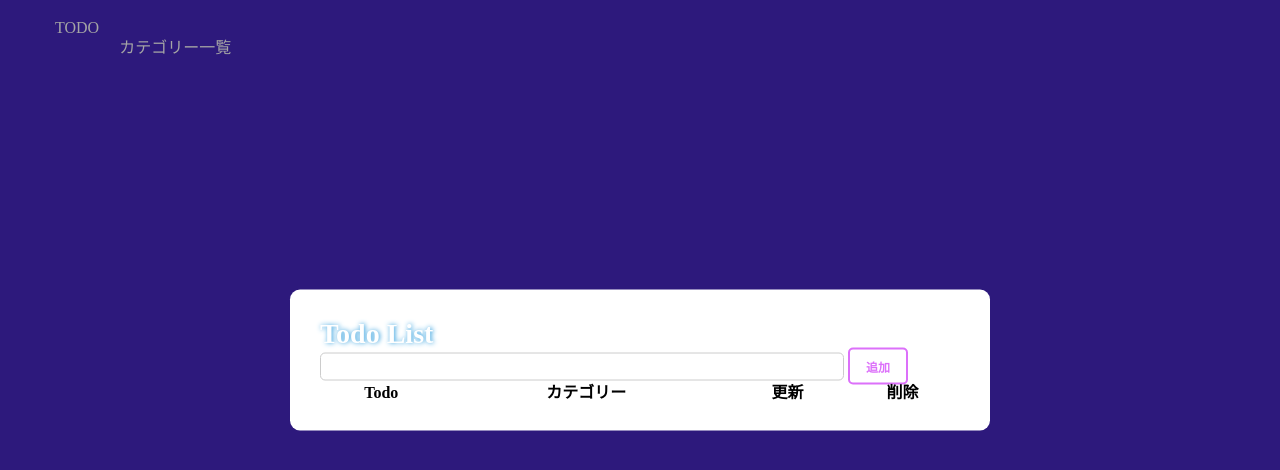
Repository: azuma2/cate
Page: http://localhost/
These files come from the project's save history. The page is drawn as it stood at one moment and after the next save; the edit follows.
The browser window is 1280 px wide. The pictures show the whole page.
The page is served by the project's Laravel application, run on PHP 8.4 with Laravel 8. Other server files are loaded and not shown. Queries for data that is not in the repository find no rows.

Above is the page before, as saved 2022-05-17 02:38:03.

### routes/web.php
<?php

use Illuminate\Support\Facades\Route;
use App\Http\Controllers\TodoController;
use App\Http\Controllers\CateController;


Route::get('/', [TodoController::class, 'index']);
Route::post('/todo/create', [TodoController::class, 'create']);
Route::post('/todo/update', [TodoController::class, 'update']);
Route::post('/todo/delete', [TodoController::class, 'remove']);
Route::post('/todo/search', [TodoController::class, 'search']);
Route::post('/cate/create', [CateController::class, 'post']);
Route::post('/cate/update', [CateController::class, 'update']);
Route::post('/cate/delete', [CateController::class, 'remove']);
Route::post('/cate/search', [CateController::class, 'search']);

### app/Http/Controllers/TodoController.php
<?php

namespace App\Http\Controllers;

use App\Models\Todo;
use App\Models\Cate;
use Illuminate\Http\Request;
use Illuminate\Support\Facades\DB;

class TodoController extends Controller
{
    public function index()
    {
        $items = Todo::all();
        $items = DB::select('select * from todos');

        return view('index', ['items' => $items]);
    }

    public function create(Request $request)
    {
        $param = ['content' => $request->content,];
        $this->validate($request, Todo::$rules);

        DB::insert('insert into todos (content) values (:content)', $param);
        return redirect('/');
    }

    public function update(Request $request)
    {
         $param = [
            'id' => $request->id,
            'content' => $request->content,

        ];
        $this->validate($request, Todo::$rules);
        DB::update('update todos set content =:content where id =:id', $param);
        return redirect('/');
    }

    public function remove(Request $request)
    {
        $param = ['id' => $request->id];
        DB::delete('delete from todos where id =:id', $param);
        return redirect('/');
    }

}

### app/Models/todo.php
<?php


namespace App\Models;

use Illuminate\Database\Eloquent\Factories\HasFactory;
use Illuminate\Database\Eloquent\Model;
use App\Models\Cate;

class Todo extends Model
{
    use HasFactory;

    protected $fillable = ['cate_id', 'content'];

    public static $rules = array(
        'cate_id' => 'text',
        'content' => 'required|max:20',
    );

    public function cate(){
        return $this->belongsTo('App\Models\cate');
    }


}

### resources/views/index.blade.php
<!DOCTYPE html>
<html lang="ja">
<head>
    <meta charset="UTF-8">
    <meta http-equiv="X-UA-Compatible" content="IE=edge">
    <meta name="viewport" content="width=device-width, initial-scale=1.0">
    <link rel="stylesheet" href="{{ asset('\resources\views\reset.css') }}" >
    <title>@yield('title')</title>
    <style>
    body {
      font-size:16px;
      margin: 5px;
      background-color: #2d197c;
    }

header{
  margin-left:50px;
  margin-top:20px;
}

.head {
  color: #a5a5a5;
  display: flex;
  justify-content: space-between;
}
.head2 {
  padding: 10px;
  margin: 10px;
}

ul{
   display: flex;
    list-style: none;
}
    td {
      padding: 5px 10px;
      text-align: center;
    }

    .narabe{
      display:flex;
        flex-flow: column;
    }

    .button {
    text-align: left;
    border: 2px solid #dc70fa;
    font-size: 12px;
    color: #dc70fa;
    background-color: #fff;
    font-weight: bold;
    padding: 8px 16px;
    border-radius: 5px;
    cursor: pointer;
    transition: 0.4s;
    outline: none;
}
.input-add {
    width: 80%;
    padding: 5px;
    border-radius: 5px;
    border: 1px solid #ccc;
    appearance: none;
    font-size: 14px;
    outline: none;
}
.input-update {
    width: 90%;
    padding: 5px;
    border-radius: 5px;
    border: 1px solid #ccc;
    appearance: none;
    font-size: 14px;
    outline: none;
}
    .card {
    background-color: #fff;
    width: 50vw;
    padding: 30px;
    position: absolute;
    top: 50%;
    left: 50%;
    transform: translate(-50%, -50%);
    border-radius: 10px;
}
    h2 {
      font-size:28px;
      color:white;
      text-shadow:1px 0 5px #289ADC;
      margin-left: 1px;
      margin: 0;
    }
    .content {
      margin:10px;
    }
    </style>
  </head>
  <body>
  <header>
    <div class="head">
      <ul>
        <li class="head1">TODO</li>
        <li class="head2">カテゴリー一覧</li>
      </ul>
    </div>
  </header>
  <div class="container">
    <div class="card">
      <h2 class="title">Todo List</h2>
            <div class="todo">
              @if ($errors->has('content'))
                  <tr>
                    <th>ERROR</th>
                  <td>
                  {{$errors->first('content')}}
                </td>
            </tr>
          @endif
        <form action="/todo/create" method="post">
            @csrf
          <input type="text" class="input-add" name="content">
          <input class="button" type="submit" value="追加" />
        </form>
          <div class="narabe">
        <table>
            @csrf
          <tr>
            <th>Todo</th>
            <th>カテゴリー</th>
            <th>更新</th>
            <th>削除</th>
          </tr>

                    <tr>
            @foreach ($items as $item)

            <td>

            </td>

            <form action="/todo/update" method="post">
              @csrf
              <td>
                <input type="text" class="input-update" value="{{$item->content}}" name="content" />
              </td>
              <td>
                <input type="hidden"  name="id" value="{{$item->id}}">
                <input class="button" type="submit" value="更新" >
              </td>
            </form>
            <td>
              <form action="/todo/delete" method="post" >
                    @csrf
                <input  type="hidden" name="id" value="{{$item->id}}" >
                <input class="button" type="submit" value="削除" >
              </form>
            </td>
            </div>
          </tr>
          @endforeach
        </table>
      </div>
    </div>
  </div>
  </div>

</body>
</html>

### resources/views/reset.css
/*
html5doctor.com Reset Stylesheet
v1.6.1
Last Updated: 2010-09-17
Todo: Richard Clark - http://richclarkdesign.com
Twitter: @rich_clark
*/

html, body, div, span, object, iframe,
h1, h2, h3, h4, h5, h6, p, blockquote, pre,
abbr, address, cite, code,
del, dfn, em, img, ins, kbd, q, samp,
small, strong, sub, sup, var,
b, i,
dl, dt, dd, ol, ul, li,
fieldset, form, label, legend,
table, caption, tbody, tfoot, thead, tr, th, td,
article, aside, canvas, details, figcaption, figure,
footer, header, hgroup, menu, nav, section, summary,
time, mark, audio, video {
    margin:0;
    padding:0;
    border:0;
    outline:0;
    font-size:100%;
    vertical-align:baseline;
    background:transparent;
}

body {
    line-height:1;
}

article,aside,details,figcaption,figure,
footer,header,hgroup,menu,nav,section {
    display:block;
}

nav ul {
    list-style:none;
}

blockquote, q {
    quotes:none;
}

blockquote:before, blockquote:after,
q:before, q:after {
    content:'';
    content:none;
}

a {
    margin:0;
    padding:0;
    font-size:100%;
    vertical-align:baseline;
    background:transparent;
}

/* change colours to suit your needs */
ins {
    background-color:#ff9;
    color:#000;
    text-decoration:none;
}

/* change colours to suit your needs */
mark {
    background-color:#ff9;
    color:#000;
    font-style:italic;
    font-weight:bold;
}

del {
    text-decoration: line-through;
}

abbr[title], dfn[title] {
    border-bottom:1px dotted;
    cursor:help;
}

table {
    border-collapse:collapse;
    border-spacing:0;
}

/* change border colour to suit your needs */
hr {
    display:block;
    height:1px;
    border:0;
    border-top:1px solid #cccccc;
    margin:1em 0;
    padding:0;
}

input, select {
    vertical-align:middle;
}

Loaded but not shown: app/Http/Controllers/Controller.php (common file)

After the next save:
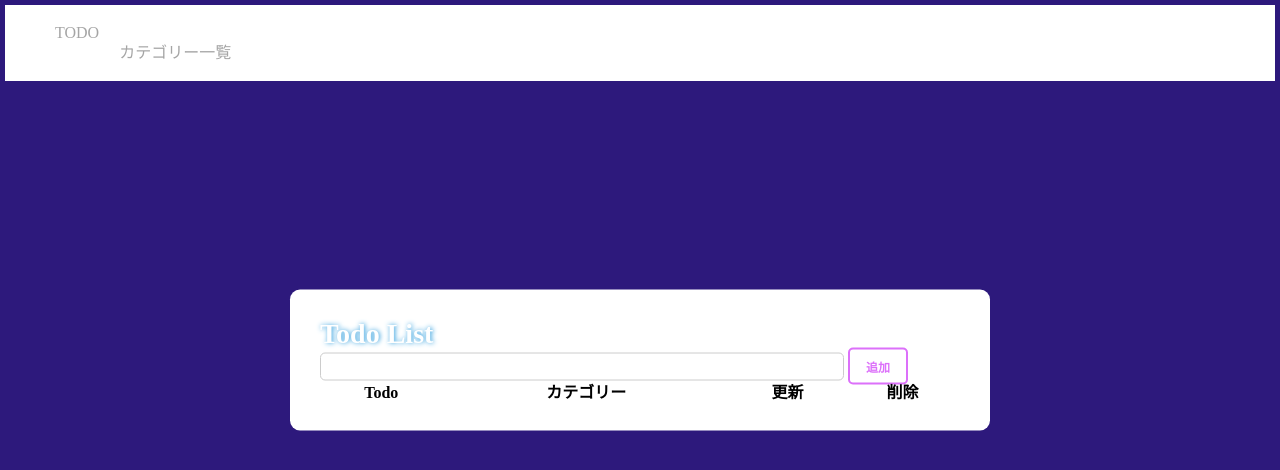
Saved 2 min 59 s later.
--- a/resources/views/index.blade.php
+++ b/resources/views/index.blade.php
@@ -13,9 +13,18 @@
       background-color: #2d197c;
     }
 
+
 header{
-  margin-left:50px;
-  margin-top:20px;
+
+  padding-right:50px;
+  padding-left:50px;
+  padding-top:20px;
+ position: sticky;
+ left: 0;
+  top: 0;
+  background: #fff;
+
+
 }
 
 .head {
